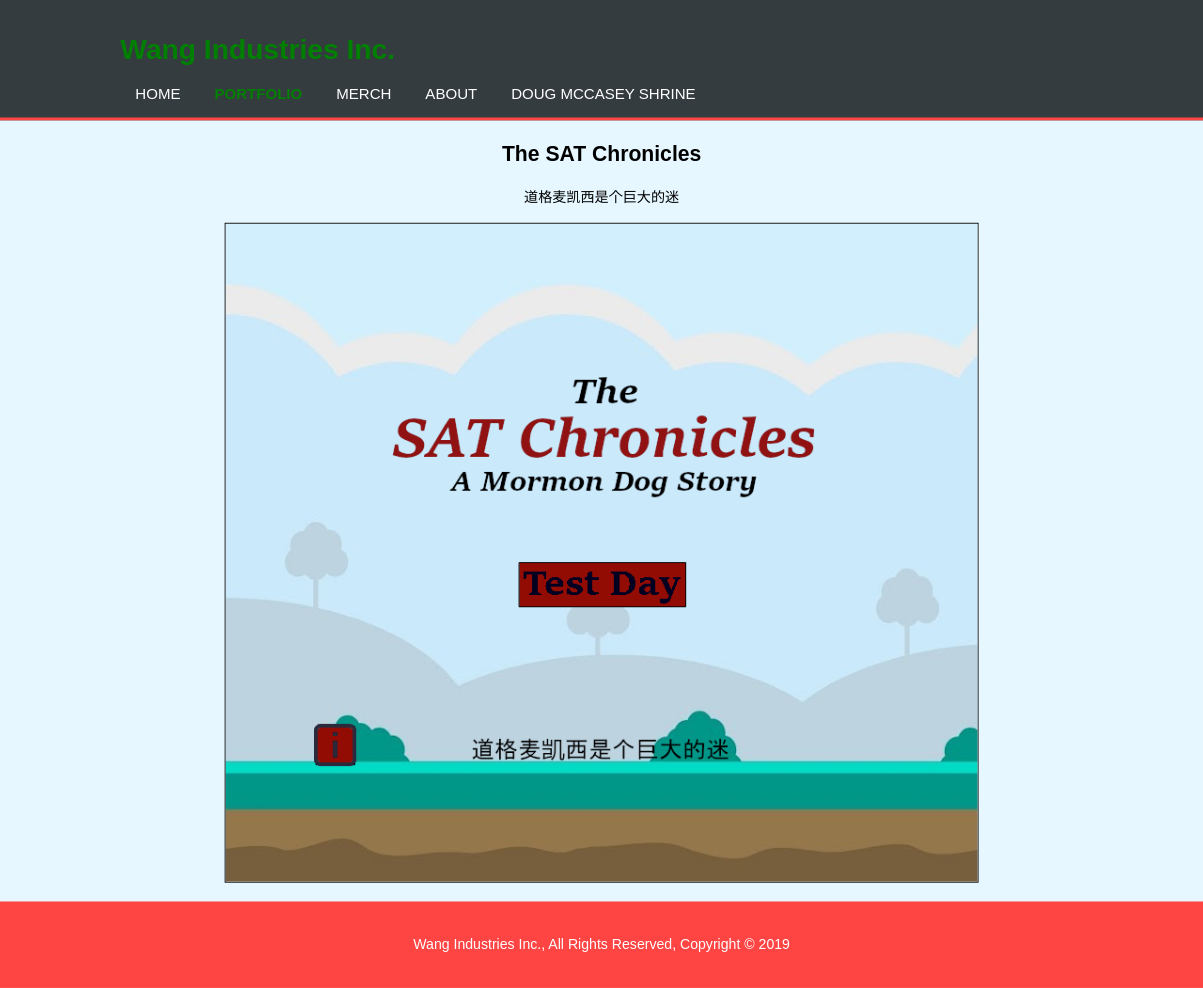
Repository: albert031/albert031.github.io
Page: projects/thesatchronicles.html
The author's editor kept a record of every edit. The page is drawn from the files as they stood at one moment, then again after the next edit.
The browser window is 1280 px wide. The pictures show the whole page, at 94% of full size.

Above is the page before.

### projects/thesatchronicles.html
<!DOCTYPE HTML w/ Processing>

<html>
  <head>
      <meta http-equiv="Content-Type" content="text/html; charset=UTF-8" />
      <title>Albert's Website | The SAT Chronicles</title>
      <link rel=icon href=https://thewolfpacket.org/wp-content/uploads/2018/01/VP-675x900.jpg type=image/jpg?>
      <script type="text/javascript" src="../js/processing.js"></script>
      <meta name=viewport content=width=device-width>
      <link rel=stylesheet type=text/css href=../css/style.css>
  </head>

  <body>
    <header>
        <div class=container>
            <div id=branding>
                <h1 class=highlight>Wang Industries Inc.</h1>
            </div>
        </div>
        <nav>
            <div class=dropdown>
                <button class=dropbtn><a href=../index.html>Home</a></button>
            </div>
            <div class=dropdown>
                <button class="dropbtn current"><a href=../portfolio.html>Portfolio</a></button>
                <div class="dropdown-content current">
                    <a href=../projects/thesatchronicles.html>The SAT Chronicles</a>
                </div>
            </div>
            <div class=dropdown>
                <button class=dropbtn><a href=../merch.html>Merch</a></button>
                <div class=dropdown-content>
                    <a href="#">Dagu makkeishī Ramen Noodles™</a>
                    <a href="#">Dagu makkeishī ChopSticks™</a>
                    <a href="#">Dagu makkeishī Premium Soysauce Ultra Mega Doug Size™</a>
                </div>
            </div>
            <div class=dropdown>
                <button class=dropbtn><a href=../about.html>About</a></button>
            </div>
            <div class=dropdown>
                <button class=dropbtn><a href=../dougshrine.html>Doug McCasey Shrine</a></button>
                <div class=dropdown-content>
                    <a href=dougthethug.html>Doug the Thug</a>
                </div>
            </div>
        </nav>
    </header>

    <section id=main>
      <div class=container>
        <div id=main-col>
          <h1 align=center>The SAT Chronicles</h1>
          <p align=center>道格麦凯西是个巨大的迷</p>
        </div>
      </div>
    </section>

    <script type="text/processing">
      PImage bg, sScreen, sButton, infoButton, doug, topPipe, botPipe, replayButton, homeButton, backButton;
      int bgx, bgy, dx, dy, g, Vdy, w, h;
      int[] pipeX, pipeY;
      int gameState, score, highScore, speed;
      boolean displayInfo;

      void setup(){
        size(800,700);
        bg = loadImage("./imgsatchronicles/bg.png");
        sScreen = loadImage("./imgsatchronicles/startscreen.png");
        sButton = loadImage("./imgsatchronicles/testday.png");
        infoButton = loadImage("./imgsatchronicles/info.png");
        doug = loadImage("./imgsatchronicles/doug.png");
        botPipe = loadImage("./imgsatchronicles/botPipe.png");
        topPipe = loadImage("./imgsatchronicles/topPipe.png");
        replayButton = loadImage("./imgsatchronicles/replaybutton.png");
        homeButton = loadImage("./imgsatchronicles/homebutton.png");
        backButton = loadImage("./imgsatchronicles/backbutton.png");
        dx = 100;
        dy = height/2;
        g = 1;
        pipeX = new int[5];
        pipeY = new int[pipeX.length];
        for(int i = 0; i < pipeX.length; i++){
          pipeX[i] = width + 200*i;
          pipeY[i] = (int)random(-350, 0);
        }
        gameState = -1;
      }

      void draw(){
        if(gameState == -1){
          startScreen();
        }
        if(gameState == -2){
          chooseMode();
        }
        if(gameState == 0){
          setBg();
          setPipes();
          moveDoug();
          scoreCounter();

        }
        if(gameState == 1){
          endScreen();
        }
      }

      void scoreCounter(){
        if(score>highScore){
          highScore = score;
        }
        fill(109, 146, 232, 200);
        rect(width - 310, 10, 305, 80, 10);
        fill(0);
        textSize(32);
        text("SAT Score:  " + 100*score, width - 300, 40);
        text("High Score: " + 100*highScore, width - 300, 80);
      }

      void startScreen(){
        image(sScreen, 0, 0);
        startButton();
        info();
      }

      void info(){
        if(mouseX > 96 && mouseX < 96 + infoButton.width && mouseY > 534 && mouseY < 534 + infoButton.height){
          fill(150, 250, 150);
          rect(96, 534, 41, 41);
          displayInfo = true;
          if(!(mouseX > 96 && mouseX < 96 + infoButton.width && mouseY > 534 && mouseY < 534 + infoButton.height)){
            displayInfo = false;
          }
          if(displayInfo == true){
            if(w < width/2){
              w += 30;
              h += 30;
             }
             rect(96, 575 - h, w, h);
             fill(0);
             textSize(.1*w);
             String s = "One day ... You decide to take the SAT and then you realize your proctor is Doug";
             text(s, 100, 600 - h, w, h);
          }
        }
        else{
          fill(146, 12, 3);
          rect(96, 534, 41, 41);
          w = 0;
          h = 0;
        }
        image(infoButton, 94, 532);
      }

      void startButton(){
        fill(146, 12, 3);
        rect(width/2 - sButton.width/2 - 5, height/2 + 10, sButton.width + 10, 47);
        fill(255);
        if(mouseX > width/2 - sButton.width/2 - 5 && mouseX < width/2 + sButton.width/2 + 5 && mouseY > height/2 + 10 && mouseY < height/2 + 57){
          fill(150, 250, 150);
          rect(width/2 - sButton.width/2 - 5, height/2 + 10, 177, 47);

          if(mousePressed){
            gameState = -2;
          }
        }
        image(sButton, width/2 - sButton.width/2, height/2 + 20);

      }

      void chooseMode(){
        image(bg, 0, 0);
        textSize(75);
        fill(0);
        text("Difficulty", width/2 - 160, 112.5);
        backButton();
        easyMode();
        normalMode();
        hardMode();
      }
      /*
      void backButton(){
        fill(146, 12, 3);
        triangle(52, 87.5, 90, 52, 90, 123);
        if(mouseX > 50 && mouseX < 95 && mouseY > 50 && mouseY < 125){
          fill(150, 250, 150);
          triangle(52, 87.5, 90, 52, 90, 123);
          if(mousePressed){
            gameState = -1;
          }
        }
        image(backButton, 50, 50);
      }

      void easyMode(){
        fill(146, 12, 3);
        rect(width/2 - 100, height/2 - 160, 200, 50);
        textSize(31);
        if(mouseX > width/2 - 100 && mouseX < width/2 + 100 && mouseY > height/2 - 160 && mouseY < height/2 - 110){
          fill(150, 250, 150);
          rect(width/2 - 100, height/2 - 160, 200, 50);
          if(mousePressed){
            speed = 2;
            dy = height/2;
            gameState = 0;
             for(int i = 0; i < pipeX.length; i++){
                pipeX[i] = width + 200*i;
                pipeY[i] = (int)random(-350, 0);
             }
             score = 0;
          }
        }
        fill(0);
        String s1 = "Chill Doug";
        text(s1, width/2 - 80, height/2 - 125, 100);
      }

      void normalMode(){
        fill(146, 12, 3);
        rect(width/2 - 100, height/2 - 50, 200, 50);
        textSize(31);
        if(mouseX > width/2 - 100 && mouseX < width/2 + 100 && mouseY > height/2 - 50 && mouseY < height/2){
          fill(150, 250, 150);
          rect(width/2 - 100, height/2 - 50, 200, 50);
          if(mousePressed){
            speed = 4;
            dy = height/2;
            gameState = 0;
             for(int i = 0; i < pipeX.length; i++){
                pipeX[i] = width + 200*i;
                pipeY[i] = (int)random(-350, 0);
             }
             score = 0;
          }
        }
        fill(0);
        String s1 = "Normal Doug";
        text(s1, width/2 - 100, height/2 - 15, 100);
      }

      void hardMode(){
        fill(146, 12, 3);
        rect(width/2 - 100, height/2 + 60, 200, 50);
        textSize(31);
        if(mouseX > width/2 - 100 && mouseX < width/2 + 100 && mouseY > height/2 + 60 && mouseY < height/2 + 110){
          fill(150, 250, 150);
          rect(width/2 - 100, height/2 + 60, 200, 50);
          if(mousePressed){
            speed = 6;
            dy = height/2;
            gameState = 0;
             for(int i = 0; i < pipeX.length; i++){
                pipeX[i] = width + 200*i;
                pipeY[i] = (int)random(-350, 0);
             }
             score = 0;
          }
        }
        fill(0);
        String s1 = "Mad Doug";
        text(s1, width/2 - 75, height/2 + 95, 100);
      }
      */
      void replay(){
        fill(109, 146, 232, 200);
        if(mouseX > width/2 - 5 && mouseX < width/2 - 5 + replayButton.width + 10 && mouseY > height/2 - 55 && mouseY < height/2 - 55 + replayButton.height + 10){
          fill(150, 250, 150, 100);
        }
        rect(width/2 - 5, height/2 - 55, replayButton.width + 10, replayButton.height + 10);
        image(replayButton, width/2, height/2 - 50);
        if(gameState == 1){
          if(mouseX > width/2 - 5 && mouseX < width/2 - 5 + replayButton.width + 10 && mouseY > height/2 - 55 && mouseY < height/2 - 55 + replayButton.height + 10){
            if(mousePressed){
              dy = height/2;
              for(int i = 0; i < pipeX.length; i++){
                pipeX[i] = width + 200*i;
                pipeY[i] = (int)random(-350, 0);
              }
              gameState = 0;
              score = 0;
            }
          }
        }
        }

      void home(){
        fill(109, 146, 232, 200);
        if(mouseX > width/2 - 75 && mouseX < width/2 - 75 + homeButton.width + 10 && mouseY > height/2 - 55 && mouseY < height/2 - 55 + homeButton.height + 10){
          fill(150, 250, 150, 100);
        }
        rect(width/2 - 75, height/2 - 55, homeButton.width + 10, homeButton.height + 10);
        image(homeButton, width/2 - 70, height/2 - 50);
        if(gameState == 1){
          if(mouseX > width/2 - 75 && mouseX < width/2 - 75 + homeButton.width + 10 && mouseY > height/2 - 55 && mouseY < height/2 - 55 + homeButton.height + 10){
            if(mousePressed){
              gameState = -1;
            }
          }
        }

      }

      void endScreen(){
        textSize(32);
        fill(109, 146, 232, 200);
        rect(147, 150, 506, 140, 5);
        fill(0);
        textSize(40);
        text("You failed the SAT", 220, 200);
        textSize(32);
        text("You get accused of cheating", 185, 250);
        replay();
        home();
      }

      void setPipes(){
        for(int i = 0; i < pipeX.length; i++){
          image(topPipe, pipeX[i], pipeY[i]);
          image(botPipe, pipeX[i], pipeY[i] + 680);
          pipeX[i] -= speed;
          if(pipeX[i] < -200){
            pipeX[i] = width;
          }
          if(dx > (pipeX[i] - 45) && dx < pipeX[i] + 70){
            if(!(dy > pipeY[i] + 450 && dy < pipeY[i] + (450 + 230-49))){
               gameState = 1;
            }
            if(dx == pipeX[i] || dx == pipeX[i] + 3){
              score++;
            }
          }
        }
      }

      void moveDoug(){
        image(doug, dx, dy);
        dy = dy + Vdy;
        Vdy = Vdy + g;
        if(dy > height || dy < 0){
          gameState = 1;
        }
      }

      void mousePressed(){
        Vdy = -15;
      }

      void setBg(){
        image(bg, bgx, bgy);
        image(bg, bgx + bg.width, bgy);
        bgx = bgx - speed;
        if(bgx < -bg.width){
          bgx = 0;
        }
      }


    </script>
      <canvas id=canvas style="border: 1px solid black;"></canvas>

    <footer>
        <p>Wang Industries Inc., All Rights Reserved, Copyright &copy 2019</p>
    </footer>
  </body>

</html>

### css/style.css
/*CSS Style Sheet */

body{
    font-family:Arial, Helvetica, sans-serif;
    font-size:15px;
    line-height:1.5;
    padding:0;
    margin:0;
    background-color:#e6f7ff;
}

/* Global */
.container{
    width:80%;
    margin:auto;
    overflow:hidden;
}

ul {
    margin:0;
    padding:0;
}

.button_1{
    height:38px;
    background:#ff4444;
    border:0;
    padding-left:20px;
    padding-right:20px;
    color:#ffffff;
}

@keyframes rainbow{
    0% {color:red;}
    17% {color:orange;}
    34% {color:yellow;}
    50% {color:green;}
    67% {color:blue;}
    84% {color:indigo;}
    100% {color:violet;}
}

/* Header */
header{
    background:#353c40;
    color:#ffffff;
    padding-top:30px;
    min-height:70px;
    border-bottom: #ff4444 3px solid;
    list-style:none;
}

header a{
    text-decoration:none;
    text-transform:uppercase;
    color:#ffffff;
}

header nav{
    width:80%;
    margin:auto;
}

.dropbtn {
  background-color: transparent;
  outline:none;
  padding: 16px;
  font-size: 16px;
  border: none;
}

/* The container <div> - needed to position the dropdown content */
.dropdown {
  position: relative;
  display: inline-block;
}

/* Dropdown Content (Hidden by Default) */
.dropdown-content {
  display: none;
  position: absolute;
  background-color: #f1f1f1;
  min-width: 160px;
  box-shadow: 0px 8px 16px 0px rgba(0,0,0,0.2);
  z-index: 1;
}

/* Links inside the dropdown */
.dropdown-content a{
  color: black;
  padding: 12px 16px;
  text-decoration: none;
  display: block;
}

/* Change color of dropdown links on hover */
.dropdown-content a:hover {
    background-color: #ddd;
}

/* Show the dropdown menu on hover */
.dropdown:hover .dropdown-content {
    display: block;
}

header #branding{
    float:left;
}

header #branding h1{
    margin:0;
}

header .highlight, header .current a{
    animation:rainbow 2s linear infinite alternate;
    font-weight:bold;
}

header a:hover{
    color:#ff0000;
    font-weight:bold;
}

/* Showcase */
#showcase{
    min-height:400px;
    background-image:url(../img/ramenpic.jpg);
    background-position:center center;
    background-repeat:no-repeat;
    text-align:center;
    color:#000000;
}

#showcase h1{
    margin-top:100px;
    font-size:55px;
    margin-bottom:10px;
}

#showcase p{
    font-size:20px;
}

#order{
    padding:15px;
    color:#ffffff;
    background:#353c40;
}

/* Order */
#order h1{
    float:left;
}

#order form{
    float:right;
    margin-top:15px;
}

#order input[type=name]{
    padding:4px;
    height:25px;
    width:250px;
}

/* Boxes */
#boxes{
    margin-top:20px;
}

#boxes .box{
    float:left;
    text-align:center;
    width:30%;
    padding:10px;
}

#boxes .box img{
    width:150px;
}

/* Main-col */
article#main-col{
    float:left;
    width:65%;
}

footer{
    padding:20px;
    margin-top:20px;
    color:#ffffff;
    background-color:#ff4444;
    text-align:center;
}

/* Boxes around each project */
.project{
	background-color: #353c40;
	font-size: 100%;
	padding: 1%;
	width: 320px;
	height: 320px;
	float: left;
	text-align:center;
	border-radius: 5px;
	margin:1%;
}

.project a{
	color:#ffffff;
	text-decoration: none;
	font-size: 16px;
}

.project h1{
    color:#ffffff;
}

.project iframe{
    width:100%;
}

.project img{
    width:100%;
}

.project a:hover{
    color:#ff0000;
    font-weight:bold;
}

/* Game aligning */
#canvas{
    padding-left: 0;
    padding-right: 0;
    margin-left: auto;
    margin-right: auto;
    display:block;

}
/* Media Queries */
@media(max-width:768px){
    header #branding,
    header nav,
    header nav li,
    #order h1,
    #order form,
    #boxes .box{
        float:none;
        text-align:center;
        width:100%;
        }

    header{
        padding-bottom:20px;
    }

    #showcase h1{
        margin-top:40px;
    }

    #order button{
        display:block;
        width:100%;
    }

    #order form input[type=name]{
        width:100%;
        margin-bottom:5px
    }
}

Loaded but not shown: js/processing.js (library)

After the next edit:
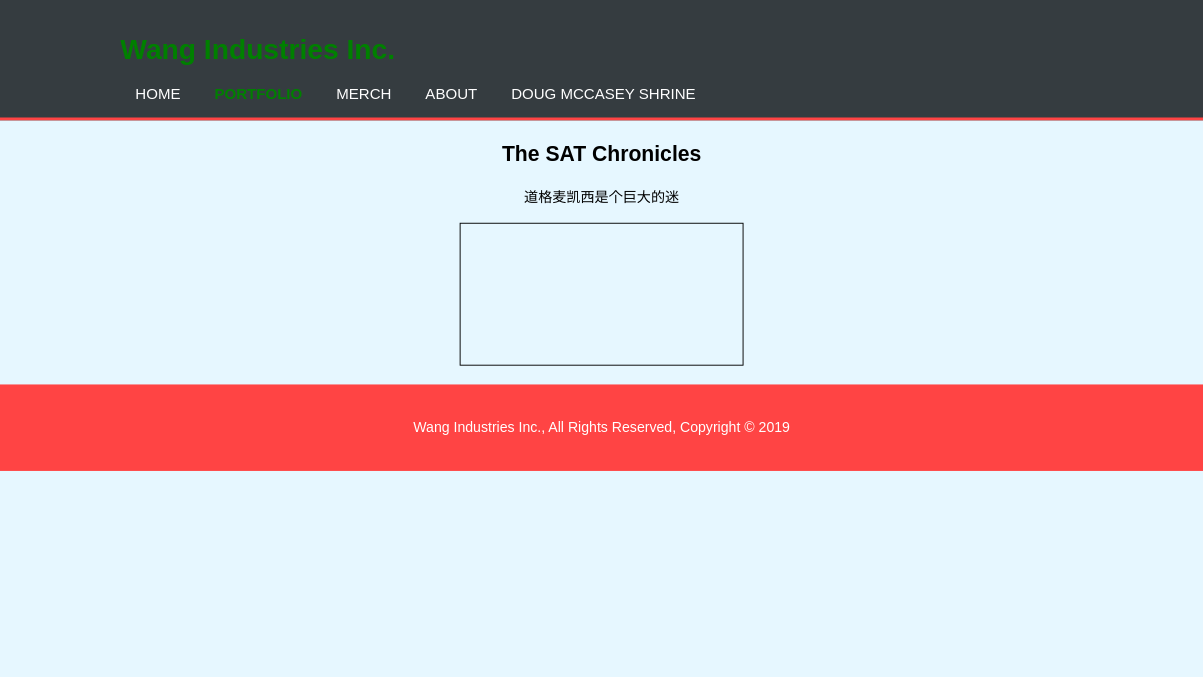
Console error: SyntaxError: Invalid or unexpected token
The edit:
--- a/projects/thesatchronicles.html
+++ b/projects/thesatchronicles.html
@@ -261,7 +261,7 @@
         String s1 = "Mad Doug";
         text(s1, width/2 - 75, height/2 + 95, 100);
       }
-      */
+
       void replay(){
         fill(109, 146, 232, 200);
         if(mouseX > width/2 - 5 && mouseX < width/2 - 5 + replayButton.width + 10 && mouseY > height/2 - 55 && mouseY < height/2 - 55 + replayButton.height + 10){

After the edit that followed:
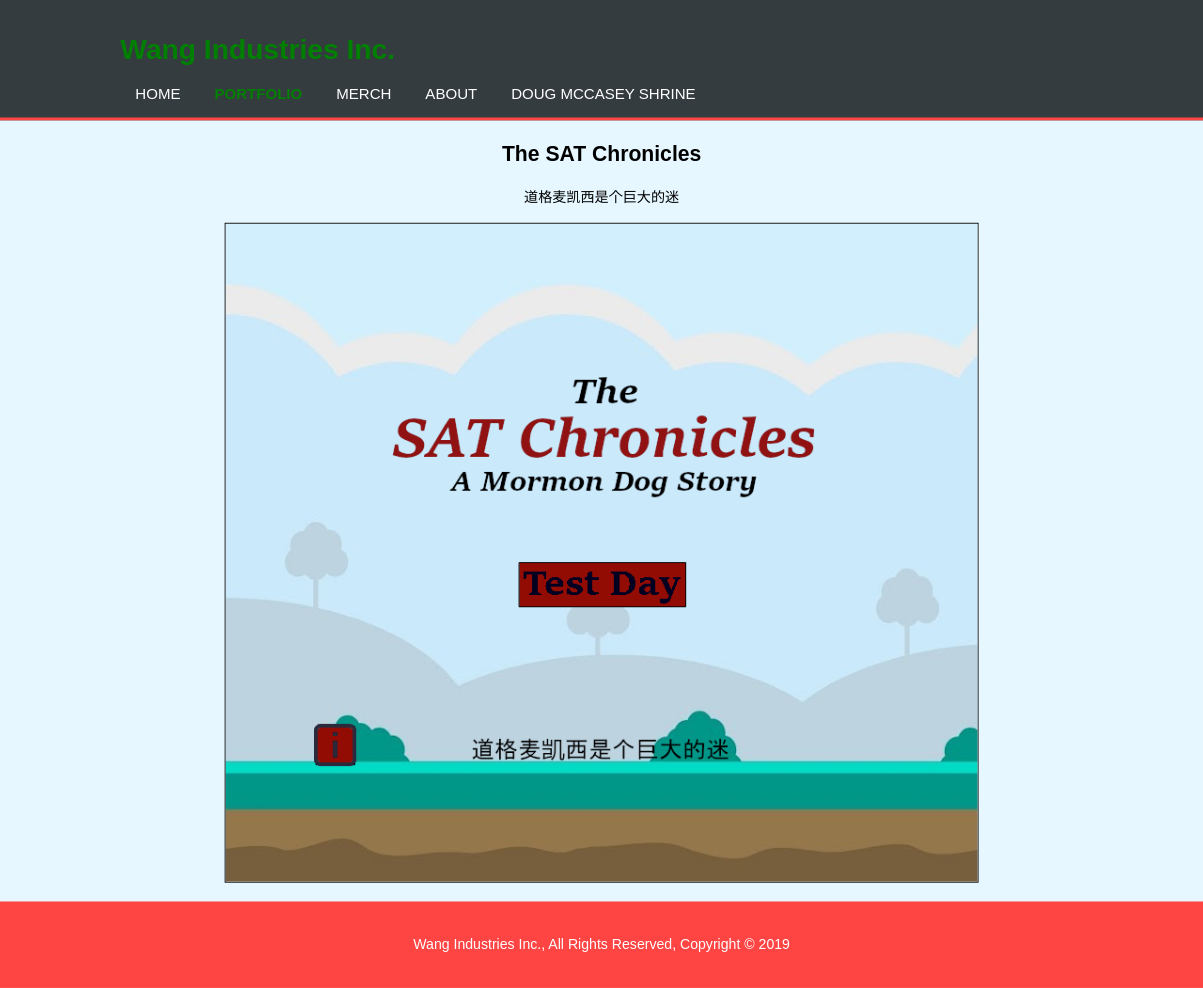
The error is gone.
The edit:
--- a/projects/thesatchronicles.html
+++ b/projects/thesatchronicles.html
@@ -192,7 +192,7 @@
         }
         image(backButton, 50, 50);
       }
-
+      */
       void easyMode(){
         fill(146, 12, 3);
         rect(width/2 - 100, height/2 - 160, 200, 50);
